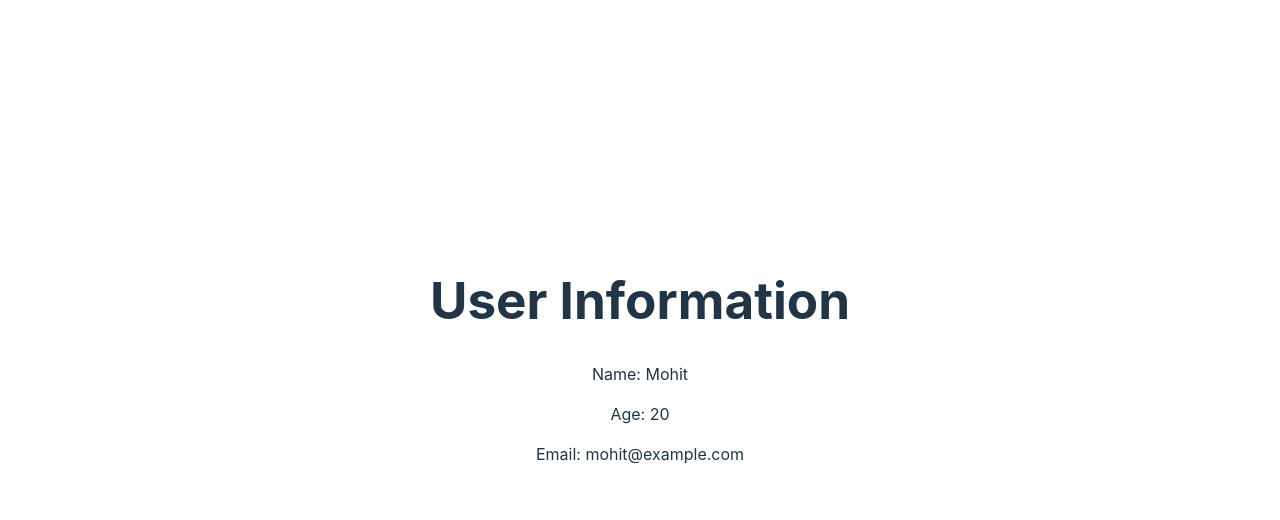
Repository: Mohitkumar1322/ReactTut
Page: / (app in MohitDecode/)
These files come from the project's save history. The page is drawn as it stood at one moment and after a run of saves; the edit follows.
The browser window is 1280 px wide. The pictures show the whole page.
The project was rebuilt for these pictures with package versions that can differ from the ones it lists, and the page was loaded fresh each time. Also part of the build but not shown: MohitDecode/vite.config.js.

Above is the page before, as saved 2025-07-26 21:26:27.

After the next 3 saves:
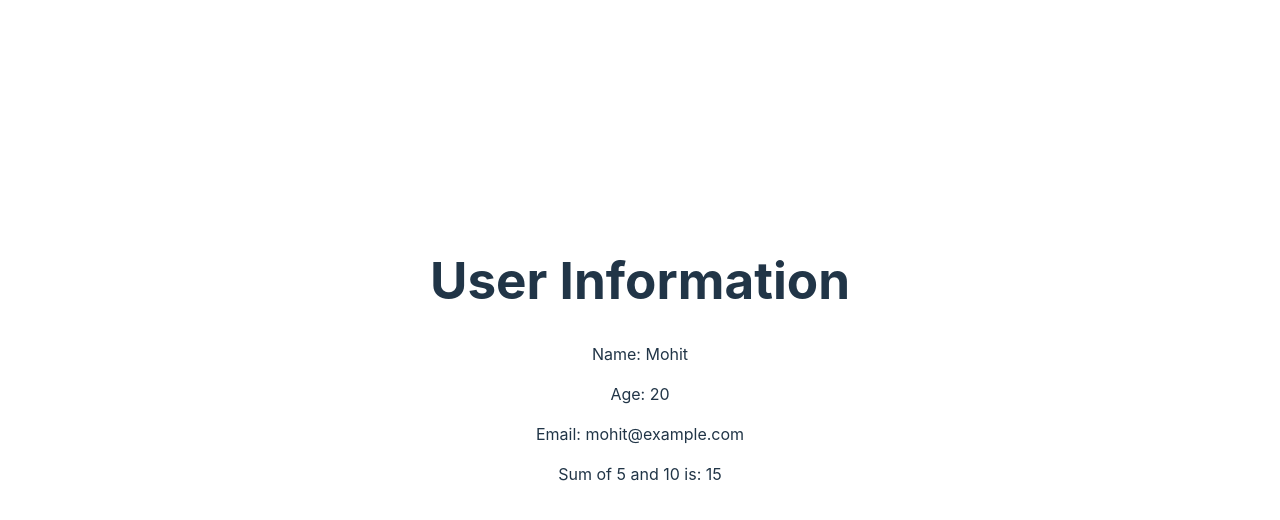
The 3 saves are shown as one change because they came seconds apart.
The last was saved 8 s later.
--- a/MohitDecode/src/App.jsx
+++ b/MohitDecode/src/App.jsx
@@ -18,6 +18,7 @@ function App() {
       <p>Name: {user.name}</p>
       <p>Age: {user.age}</p>
       <p>Email: {user.email}</p>
+      <p>Sum of 5 and 10 is: {add(5, 10)}</p>
     </>
   )
 }
